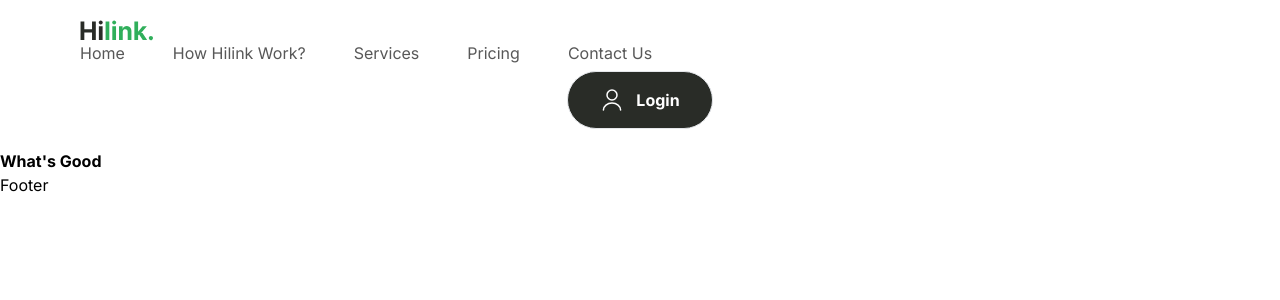
Repository: SouthpawC0der/Modern-reactsite
Page: /
An editor plug-in stored every save of this project. The page is shown before and after the next save, followed by the edit.
The browser window is 1280 px wide. The pictures show the whole page.
The project was rebuilt for these pictures with package versions that can differ from the ones it lists, and the page was loaded fresh each time. The framework's server and built-in components were replaced by stand-ins that run in the browser. Also part of the build but not shown: next.config.ts.

Above is the page before, as saved 2025-01-30 10:51:35.

After the next save:
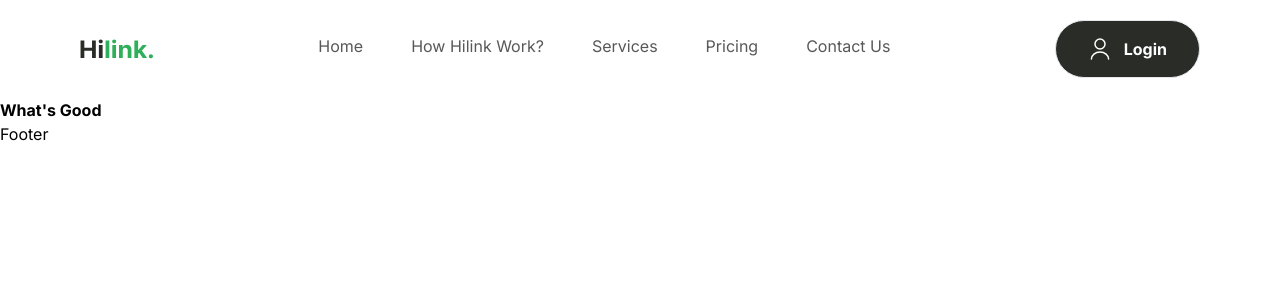
Saved 55 s later.
--- a/components/Navbar.tsx
+++ b/components/Navbar.tsx
@@ -6,7 +6,7 @@ import Button from './Button'
 
 const Navbar = () => {
   return (
-    <nav className='flex-between max-container padding-container relative z-30 py-5'>
+    <nav className='flexBetween max-container padding-container relative z-30 py-5'>
         <Link href="/">
           <Image src="/hilink-logo.svg" alt='logo' width={74} height={29} />
         </Link>
